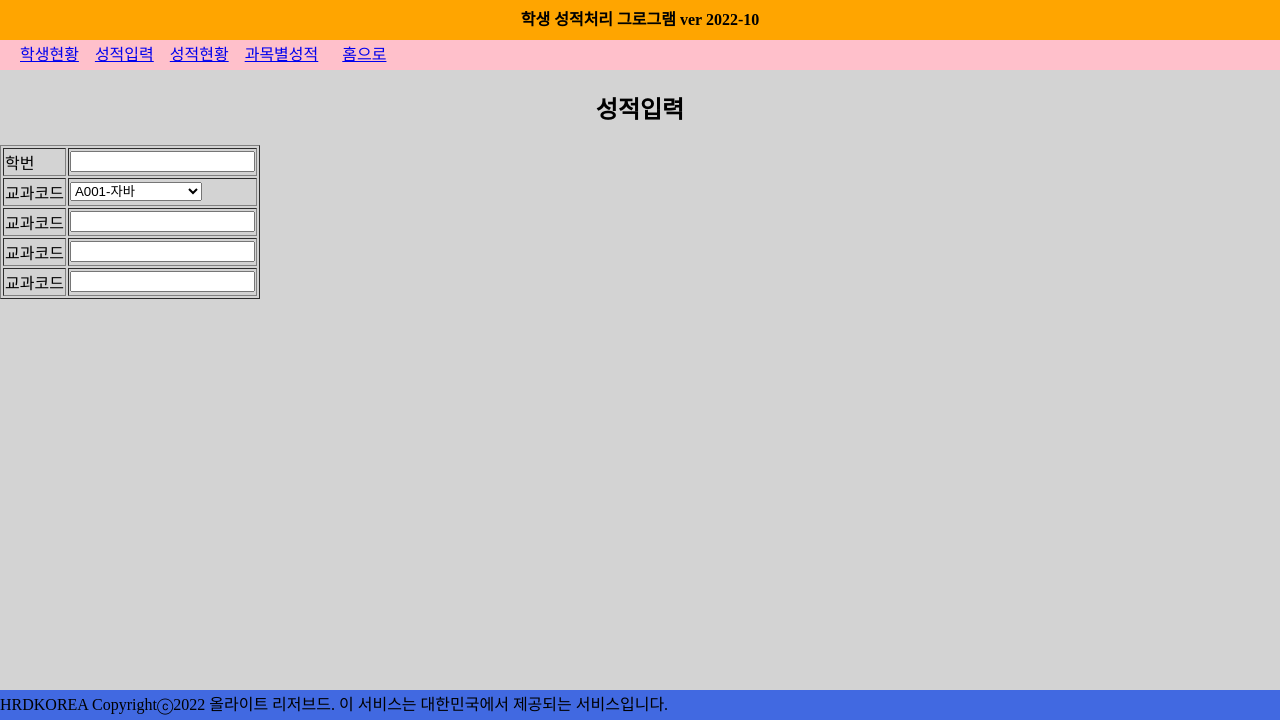
Repository: GotChun/license_practice
Page: http://localhost/HRD_0525/insert.jsp
An editor plug-in stored every save of this project. The page is shown before and after the next save, followed by the edit.
The browser window is 1280 px wide. The pictures show the whole page.
The page is served by Tomcat 9.

Above is the page before, as saved 2025-02-22 13:12:58.

After the next save:
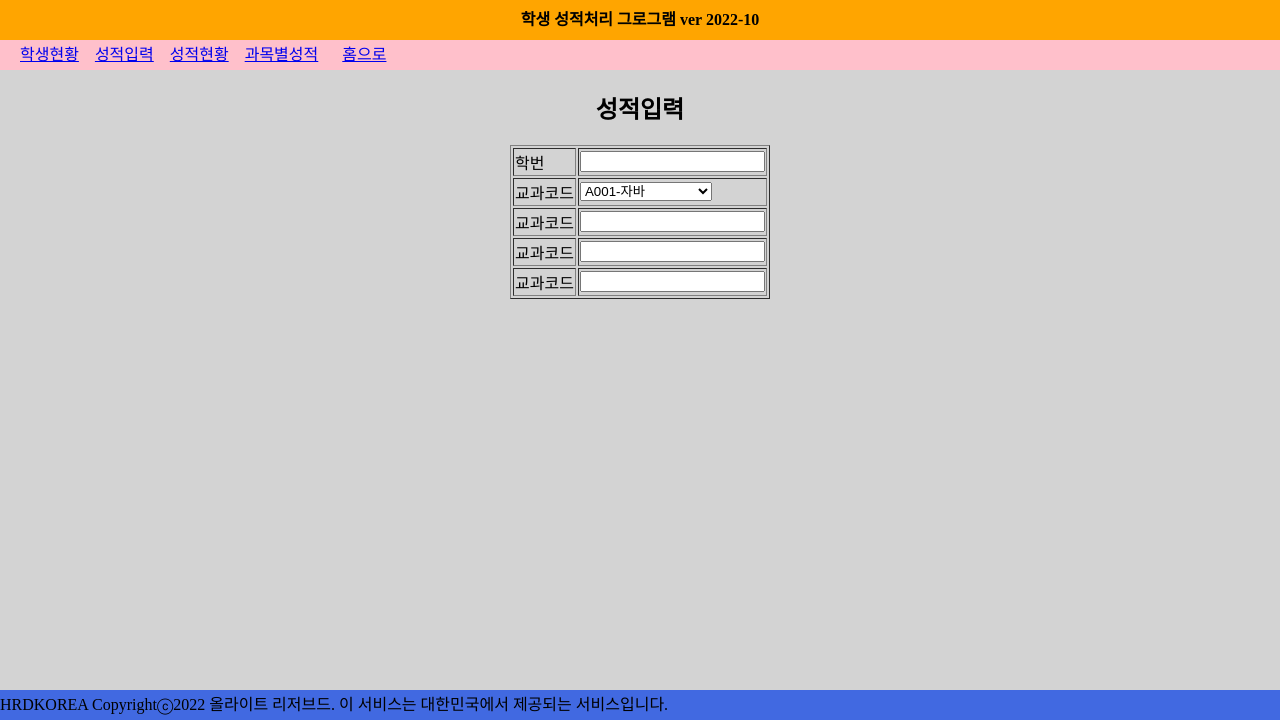
Saved 5 s later.
--- a/HRD_0525/src/main/webapp/insert.jsp
+++ b/HRD_0525/src/main/webapp/insert.jsp
@@ -11,7 +11,7 @@
 
 <section style="position:fixed; top:70px; left:0px; width:100%; height:100%; background-color:lightgray;">
 <h2 style="text-align:center;"> 성적입력</h2>
-<form action="" style="display:flex;">
+<form action="" style="display:flex; justify-content: center">
 <table border="1">
 	<tr>
 		<td>학번</td>
